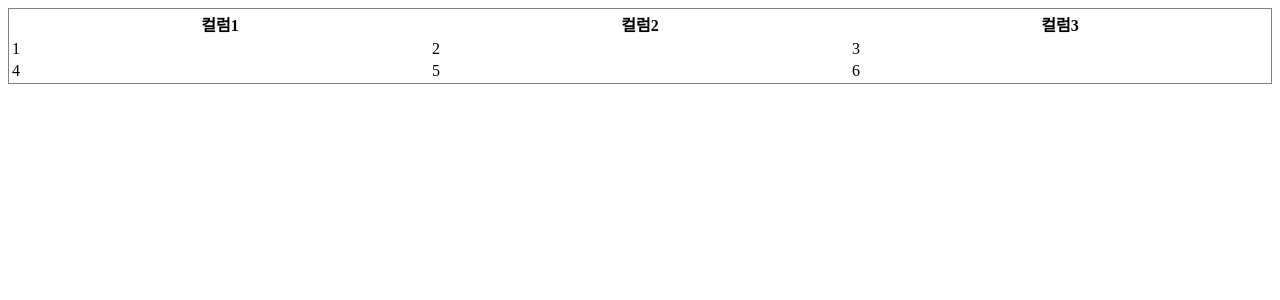
Repository: soobin10236/Class
Page: Web02/src/main/webapp/index.html
The author's editor kept a copy of each file at every save. The page is drawn from the files as they stood at one save, then again after the next save.
The browser window is 1280 px wide. The pictures show the whole page.

Above is the page before, as saved 2021-09-06 05:14:26.

### Web02/src/main/webapp/index.html
<!DOCTYPE html>
<html>
<head>
<meta charset="EUC-KR">
<title>Insert title here</title>
</head>
<body>
	<!-- <h1>Tiger</h1>
	<h2>Tiger</h2>
	<h3>Tiger</h3>
	<h4>Tiger</h4>
	<h5>Tiger</h5>
	<h6>Tiger</h6>
	<a href="https://www.naver.com">NAVER</a>
	<p>
		This is a <br /> HTML exercise.
	</p> -->
	<!-- Ctrl + Shift + / -->
	<!-- <div style="background: rgb(255, 77, 71); width: 100px;">RGB Test</div>
	<div style="background: #ff00ff">#f0f</div> -->

	<!-- Table Example 01 -->
	<table style="border: 1px solid gray;width: 100%">
		<tr>
			<th>컬럼1</th>
			<th>컬럼2</th>
			<th>컬럼3</th>
		</tr>
		<tr>
			<td>1</td>
			<td>2</td>
			<td>3</td>
		</tr>
		<tr>
			<td>4</td>
			<td>5</td>
			<td>6</td>
		</tr>
	</table>
</body>
</html>

After the next save:
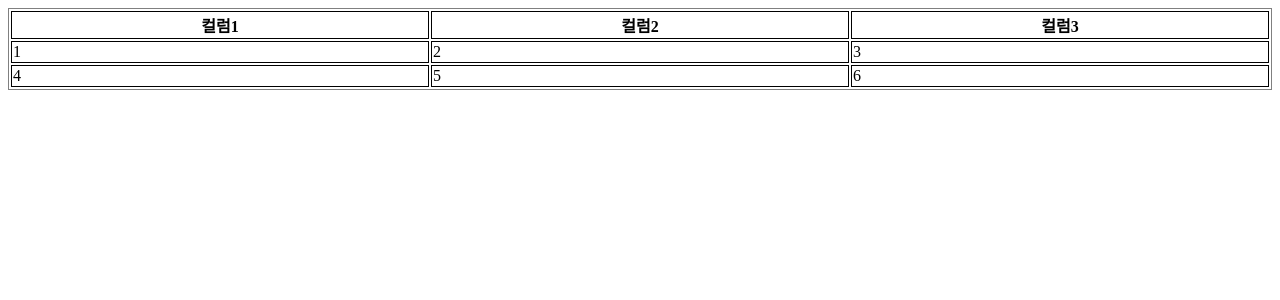
Saved 42 s later.
--- a/Web02/src/main/webapp/index.html
+++ b/Web02/src/main/webapp/index.html
@@ -3,6 +3,12 @@
 <head>
 <meta charset="EUC-KR">
 <title>Insert title here</title>
+
+	<style>
+		table, th, td{
+			border: 1px solid black;
+		}
+	</style>
 </head>
 <body>
 	<!-- <h1>Tiger</h1>
